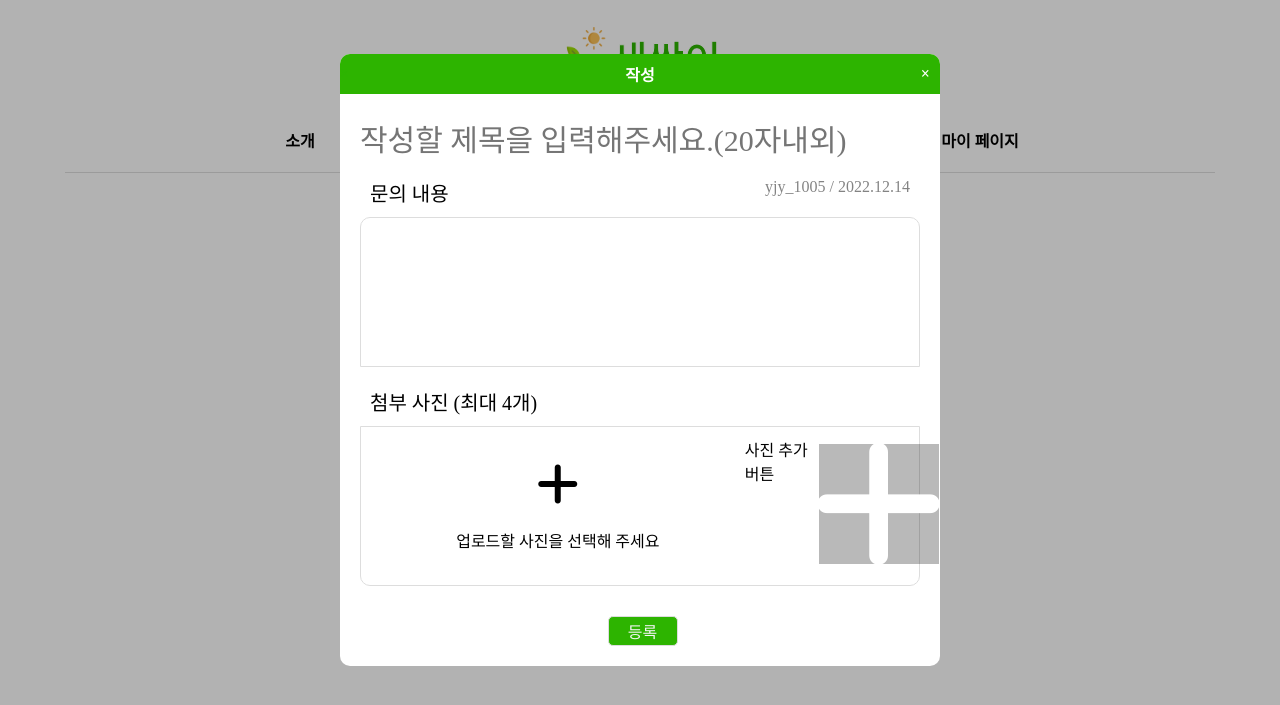
Repository: Seedye/Seedye
Page: team/src/main/webapp/html/board/board-write.html
An editor plug-in stored every save of this project. The page is shown before and after the next save, followed by the edit.
The browser window is 1280 px wide. The pictures show the whole page.
Some web fonts or font styles are not loaded; a fallback is used. Some web libraries are served in a nearby version.

Above is the page before, as saved 2022-12-19 09:30:08.

After the next save:
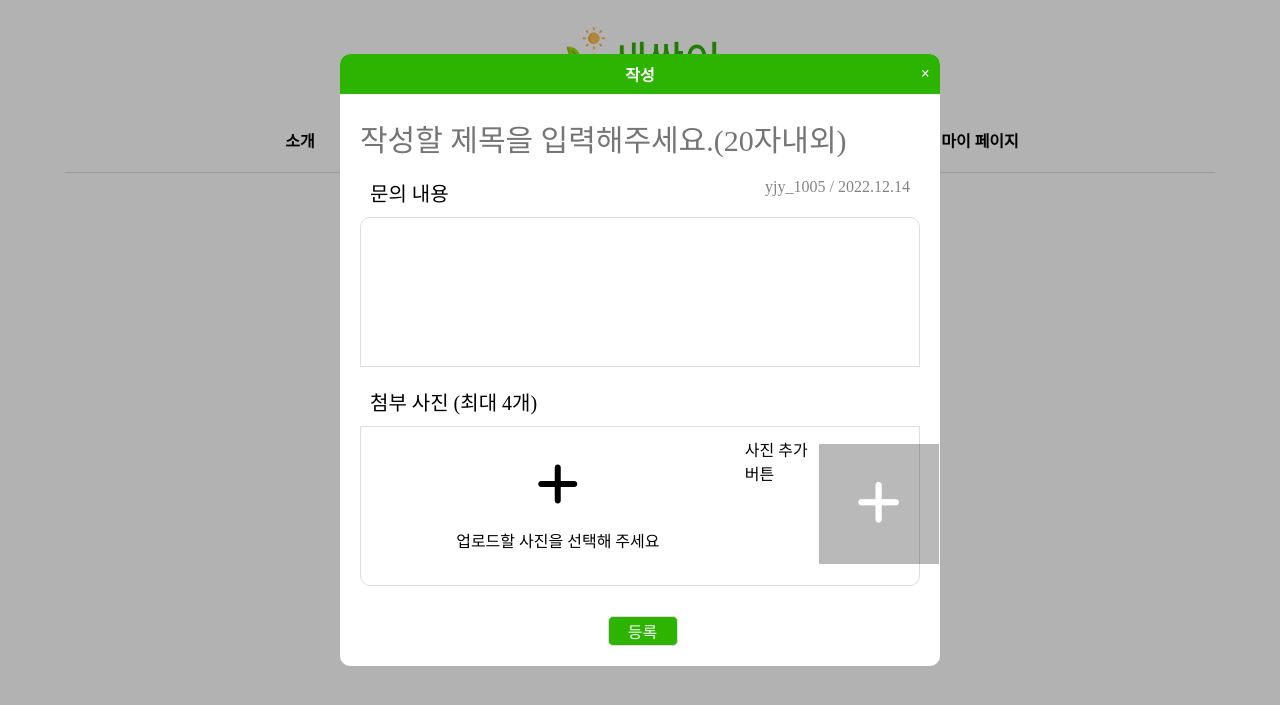
Saved 34 s later.
--- a/team/src/main/webapp/html/board/board-write.html
+++ b/team/src/main/webapp/html/board/board-write.html
@@ -104,7 +104,7 @@
                 <div class="board-view-content-img">
                   <div class="board-Write-img-delete">
                     <label for="addInputFile">
-                      <i class="fa-solid fa-plus fa-3x"></i>
+                      <i class="fa-solid fa-plus fa-1x"></i>
                     </label>
                     <input type="file" id="addInputFile" multiple="multiple" hidden>
                   </div>
